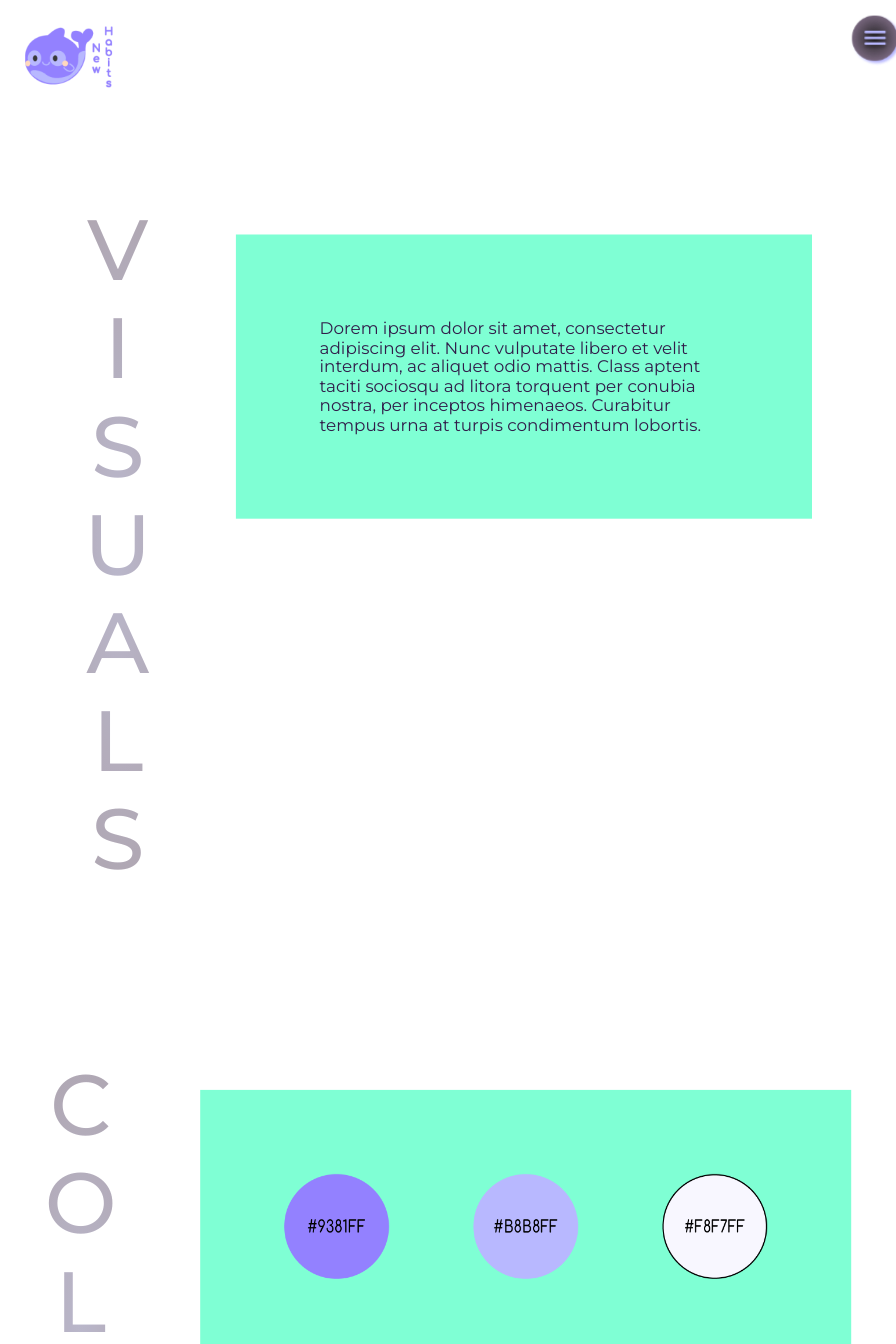
Repository: sierralaurent/Styleguide-Big_Project
Page: visuals.html
The author's editor kept a copy of each file at every save. The page is drawn from the files as they stood at one save, then again after the next save.
The browser window is 1280 px wide. The pictures show the part of the page from y = 0 to 1920 px (the page is 3697 px tall), at 70% of full size.
Some web fonts or font styles are not loaded; a fallback is used.

Above is the page before, as saved 2023-03-11 12:00:23.

### visuals.html
<!DOCTYPE html>
<html lang="en">
  <head>
    <title>New Habits Web-App | Visuals </title>
    <meta property="og:title" content="Welcome to the New Habits Web-App Home Page" />
    <meta name="viewport" content="width=device-width, initial-scale=1.0" />
    <meta charset="utf-8" />
    <link rel="icon" type="image/x-icon" href="/assets/favicon.ico">

    <link
      rel="stylesheet"
      href="https://fonts.googleapis.com/css2?family=Montserrat:ital,wght@0,100;0,200;0,300;0,400;0,500;0,600;0,700;0,800;0,900;1,100;1,200;1,300;1,400;1,500;1,600;1,700;1,800;1,900&amp;display=swap"
      data-tag="font"
    />
    <link rel="stylesheet" href="./style.css" />
    <link href="./visuals.css" rel="stylesheet" />
    <link href="./navstyle.css" rel="stylesheet" />

  </head>
  <header>
    <div class="logo">
      <a href="index.html">
        <img src="assets/logo.png" alt="logo" />
      </a>
    </div>
    <div class="navigation">
      <button class="hamburger" onclick="show()">
        <img src="assets/burger.png" />
      </button>
      <nav>
        <h1 class="menutitle">Menu</h1>
        <ul>
          <li><a href="home.html">Home</a></li>
          <li><a>Logo</a></li>
          <li><a>Colours & Typo</a></li>
          <li><a href="visuals.html">Visuals</a></li>
        </ul>
      </nav>
    </div>
    <script src="nav.js"></script>
  </header>
  <body>
    <div>
      <div class="home-container">
        <div class="home-container3">
          <p class="home-text03 sidetitle">
            <span>V</span>
            <br />
            <span>I</span>
            <br />
            <span>S</span>
            <br />
            <span>U</span>
            <br />
            <span>A</span>
            <br />
            <span>L</span>
            <br />
            <span>S</span>
            <br />
          </p>
          <p class="home-text17 body">
            Dorem ipsum dolor sit amet, consectetur adipiscing elit. Nunc
            vulputate libero et velit interdum, ac aliquet odio mattis. Class
            aptent taciti sociosqu ad litora torquent per conubia nostra, per
            inceptos himenaeos. Curabitur tempus urna at turpis condimentum
            lobortis.
          </p>
          </div>
        <div class="home-container3">
          <p class="home-text03 sidetitle">
            <span>C</span>
            <br />
            <span>O</span>
            <br />
            <span>L</span>
            <br />
            <span>O</span>
            <br />
            <span>U</span>
            <br />
            <span>R</span>
            <br />
          </p>
          <div class="home-text17 body">
            <div>
              <img src="assets/colours/Main Purple.png" alt="mainpurple" width="150px" height="150px">
              <br />
                <br />
                <br />
                <br />
              <img src="assets/colours/Dark Purple.png" alt="darkpurple" width="150px" height="150px">
            </div>
            <div>
              <img src="assets/colours/Light Purple.png" alt="lightpurple" width="150px" height="150px">
              <br />
                <br />
                <br />
                <br />
              <img src="assets/colours/Light Peach.png" alt="lightpeach" width="150px" height="150px">
            </div>
            <div>
              <img src="assets/colours/Creme.png" alt="Creme" width="150px" height="150px">
              <br />
                <br />
                <br />
                <br />
              <img src="assets/colours/Peach.png" alt="peach" width="150px" height="150px">
            </div>
            </div>
          </div>
        </div>
        <div class="home-container3">
            <p class="home-text03 sidetitle">
              <span>I</span>
              <br />
              <span>C</span>
              <br />
              <span>O</span>
              <br />
              <span>N</span>
              <br />
              <span>S</span>
              <br />
            </p>
            <div class="home-text17 body">
              <div>
                <img src="assets/Icons/Happi.png" alt="happiwhale" width="250px" height="200px">
                <br />
                <br />
                <br />
                <br />
                <img src="assets/Icons/Flower.png" alt="flower" width="100px" height="150px">
                <br />
                <br />
                <br />
                <br />
                <img src="assets/Icons/Button.png" alt="button1" width="150px" height="50px">
              </div>
              <div>
                <img src="assets/Icons/sad.png" alt="sadwhale" width="250px" height="200px">
                <br />
                <br />
                <br />
                <br />
                <img src="assets/Icons/purple flower.png" alt="purpleflower" width="100px" height="150px">
                <br />
                <br />
                <br />
                <br />
                <img src="assets/Icons/Button (1).png" alt="button2" width="150px" height="50px">
              </div>
              <div>
                <img src="assets/Icons/Flower whale.png" alt="flowerwhale" width="250px" height="200px">
                <br />
                <br />
                <br />
                <br />
              </div>
            </div>
          </div>
        <footer class="home-footer">
          <p class="home-text24">
            © 2023 New Habits, All Rights Reserved.
          </p>
        </footer>
      </div>
    </div>
  </body>
</html>

### style.css
:root {
  --dl-black: #212121ff;
  --dl-creme: #f9f9ffff;
  --dl-white: #f8f9f9ff;
  --dark-purple: #311D4A;

}

.body {
  font-size: 24px;
  font-family: Montserrat;
  font-weight: 400;
  line-height: 1.15;
  text-transform: none;
  text-decoration: none;
}
.sidetitle {
  font-size: 122px;
  font-family: Montserrat;
  font-weight: 500;
  line-height: 1.15;
  text-transform: none;
  text-decoration: none;
}
.Title {
  font-size: 96px;
  font-family: Montserrat;
  font-weight: 500;
  line-height: 1.15;
  text-transform: none;
  text-decoration: none;
}

html {
  line-height: 1.15;
}
body {
  margin: 0;
}
* {
  box-sizing: border-box;
  border-width: 0;
  border-style: solid;
}
p,
li,
ul,
pre,
div,
h1,
h2,
figure,
blockquote,
figcaption {
  margin: 0;
  padding: 0;
}

a {
  color: inherit;
  text-decoration: inherit;
}
input {
  padding: 2px 4px;
}
img {
  display: block;
}
html {
  scroll-behavior: smooth;
}

### visuals.css
/* Define the scrollbar style */
::-webkit-scrollbar {
    width: 10px;
  }

  ::-webkit-scrollbar-thumb {
    background-image: linear-gradient(180deg, var(--light-purple) 0%, var(--main-purple) 99%);
    box-shadow: inset 2px 2px 5px 0 var(--creme);
    border-radius: 100px;
  }

  html {
    font-family: Montserrat;
    font-size: 24px;
    scroll-behavior: smooth;
  }

  body {
    font-weight: 400;
    font-style: normal;
    text-decoration: none;
    text-transform: none;
    letter-spacing: normal;
    line-height: 1.15;
    color: var(--black);
    background-color: var(--creme);
  }

  .home-container {
    width: 100%;
    display: flex;
    overflow: auto;
    min-height: 100vh;
    align-items: center;
    flex-direction: column;
  }
  .home-container1 {
    flex: 0 0 auto;
    width: auto;
    height: auto;
    display: flex;
    align-items: flex-start;
    justify-content: center;
  }
  .home-container2 {
    flex: 0 0 auto;
    width: auto;
    display: flex;
    align-self: center;
    margin-top: 5rem;
    align-items: center;
    margin-bottom: 15rem;
    flex-direction: column;
    justify-content: center;
  }
  .home-text {
    font-size: 36px;
    text-align: center;
    font-family: Montserrat;
    background: linear-gradient(0deg, rgba(0, 0, 0, 0.2), rgba(0, 0, 0, 0.2)),
      radial-gradient(
        50% 50% at 50% 50%,
        rgba(147, 129, 255, 0.2) 0%,
        rgba(79, 26, 98, 0.2) 94.12%
      );
    -webkit-background-clip: text;
    -webkit-text-fill-color: transparent;
    background-clip: text;
    text-fill-color: transparent;
  }
  .home-text01 {
    margin-top: 1rem;
    text-align: center;
    margin-bottom: 1rem;
    background: linear-gradient(0deg, rgba(0, 0, 0, 0.2), rgba(0, 0, 0, 0.2)),
      radial-gradient(
        50% 50% at 50% 50%,
        rgba(147, 129, 255, 0.2) 0%,
        rgba(79, 26, 98, 0.2) 94.12%
      );
    -webkit-background-clip: text;
    -webkit-text-fill-color: transparent;
    background-clip: text;
    text-fill-color: transparent;
  }
  .home-text02 {
    width: 31rem;
    text-align: center;
    color: var(--dark-purple);
  }
  .home-container3 {
    flex: 0 0 auto;
    width: 100%;
    height: auto;
    display: flex;
    align-items: flex-start;
    justify-content: center;
  }
  .home-text03 {
    width: 25rem;
    text-align: center;
    background: linear-gradient(0deg, rgba(0, 0, 0, 0.2), rgba(0, 0, 0, 0.2)),
      radial-gradient(
        50% 50% at 50% 50%,
        rgba(147, 129, 255, 0.2) 0%,
        rgba(79, 26, 98, 0.2) 94.12%
      );
    -webkit-background-clip: text;
    -webkit-text-fill-color: transparent;
    background-clip: text;
    text-fill-color: transparent;
  }
  .home-text17 {
    width: auto;
    margin-top: 5rem;
    text-align: left;
    padding: 5rem;
    display: flex;
    justify-content: center;
    flex-direction: row;
    gap: 5rem;
    row-gap: 5rem;
    color: var(--dark-purple);
    background-color: aquamarine;
  }
  .home-container4 {
    flex: 0 0 auto;
    width: auto;
    height: auto;
    display: flex;
    align-items: flex-start;
    justify-content: center;
  }

  .home-container5 {
    flex: 0 0 auto;
    display: flex;
    align-items: flex-start;
    flex-direction: column;
  }
  .home-text18 {
    width: auto;
    margin-top: 15rem;
    text-align: center;
    margin-bottom: 5rem;
    background: linear-gradient(0deg, rgba(0, 0, 0, 0.2), rgba(0, 0, 0, 0.2)),
      radial-gradient(
        50% 50% at 50% 50%,
        rgba(147, 129, 255, 0.2) 0%,
        rgba(79, 26, 98, 0.2) 94.12%
      );
    -webkit-background-clip: text;
    -webkit-text-fill-color: transparent;
    background-clip: text;
    text-fill-color: transparent;
  }
  .home-container6 {
    flex: 0 0 auto;
    width: auto;
    height: auto;
    display: flex;
    align-items: flex-start;
    margin-bottom: 15rem;
    justify-content: center;
  }
  .home-text19 {
    width: 15rem;
    align-self: center;
    text-align: center;
    color: var(--dark-purple);
  }
  .home-text20 {
    width: 15rem;
    align-self: center;
    text-align: center;
    color: var(--dark-purple);
  }
  .home-text21 {
    width: 15rem;
    align-self: center;
    text-align: center;
    color: var(--dark-purple);
  }
  .home-text23 {
    width: 15rem;
    align-self: center;
    text-align: center;
  }
  .home-footer {
    width: 100%;
    height: 197px;
    display: flex;
    max-width: auto;
    align-self: center;
    align-items: center;
    padding-top: 32px;
    padding-left: 48px;
    padding-right: 48px;
    padding-bottom: 32px;
    justify-content: center;
  }
  .home-text24 {
    text-align: center;
    color: var(--dark-purple);

  }
  @media (max-width: 1900px) {
    .home-container1 {
      width: 100%;
    }
    .home-container2 {
      align-items: center;
      justify-content: center;
    }
    .home-text01 {
      margin-top: 1rem;
      margin-bottom: 1rem;
    }
    .home-container3 {
      width: 100%;
    }
    .home-text03 {
      width: auto;
      margin: 3rem;
      padding: 2rem;
    }
    .home-text17 {
      width: 40rem;
      margin-top: 7rem;
      text-align: left;
      margin-right: 5rem;
    }
    .home-container4 {
      width: auto;
      justify-content: center;
    }
    .home-container5 {
      width: auto;
      height: auto;
      align-items: center;
      justify-content: center;
    }
    .home-text18 {
      width: auto;
      height: auto;
      margin-top: 5rem;
      text-align: center;
      margin-bottom: 5rem;
    }
    .home-container6 {
      width: 100%;
      margin-bottom: 15rem;
    }
    .home-text19 {
      width: 15rem;
      text-transform: none;
    }
    .home-text20 {
      width: 15rem;
      text-transform: none;
    }
    .home-text21 {
      margin-bottom: 2rem;
    }
    .home-text23 {
      width: 15rem;
      text-transform: none;
      color: var(--dark-purple);
    }
  }
  @media (max-width: 1200px) {
    .home-text01 {
      margin-top: 1rem;
      margin-bottom: 1rem;
    }
    .home-container6 {
      align-items: center;
    }
    .home-text19 {
      width: 12rem;
    }
    .home-text20 {
      width: 12rem;
    }
    .home-text23 {
      width: 12rem;
    }
  }
  @media (max-width: 991px) {
    .home-container2 {
      width: 100%;
      height: 307px;
    }
    .home-text01 {
      margin-top: 1rem;
      margin-bottom: 1rem;
    }
    .home-container6 {
      align-items: center;
      flex-direction: column;
    }
    .home-text19 {
      width: auto;
    }
    .home-text20 {
      width: auto;
    }
    .home-text23 {
      width: 100%;
    }
  }
  @media (max-width: 767px) {
    .home-text01 {
      margin-top: 1rem;
      margin-bottom: 1rem;
    }
    .home-footer {
      padding-left: 32px;
      padding-right: 32px;
    }
    .home-text24 {
      text-align: center;
      margin-left: 16px;
      margin-right: 16px;
    }
    .home-text03 {
      margin-top: 0rem;
      margin-left: 3rem;
      margin-right: 0rem;
      margin-bottom: 0rem;
    }
  }
  @media (max-width: 479px) {
    .home-text01 {
      margin-top: 1rem;
      margin-bottom: 1rem;
    }
    .home-text02 {
      width: 479px;
    }
    .home-text03 {
      margin-top: 0rem;
      margin-left: 3rem;
      margin-right: 0rem;
      margin-bottom: 0rem;
    }
    .home-footer {
      padding: 16px;
      flex-direction: column;
    }
    .home-text24 {
      margin-left: 0px;
      margin-right: 0px;
      margin-bottom: 16px;
    }
  }

### navstyle.css
@import url("https://fonts.cdnfonts.com/css/montserrat");

* {
  margin: 0;
  padding: 0;
  font-family: "Montserrat", sans-serif;
}

a,
button {
  cursor: pointer;
}

nav {
  position: absolute;
  top: 30px;
  right: 30px;
  width: 250px;
}

.navigation {
  position: fixed;
  top: 0;
  right: -500px;
  width: 312px;
  height: 100%;
  background-image: url("assets/background.png");
  background-size: cover;
  transition: 0.5s;
  border-radius: 27px 0 0 27px;
}

.logo {
    margin: 1.5rem;
}

.menutitle {
  font-family: "Montserrat", sans-serif;
  font-style: normal;
  font-weight: 400;
  font-size: 24px;
  display: flex;
  align-items: left;
  color: rgba(255, 255, 255, 0.32);
  margin: 1rem;
}

.navigation ul li {
  display: flex;
  color: rgba(255, 255, 255, 0.5);
  line-height: 20px;
  text-align: left;
  font-weight: 500;
  list-style-type: none;
  font-size: 14px;
  padding: 20px 30px;
  border-bottom: 0px 64px 64px -32px rgba(41, 15, 0, 0.56);
  transition: all 0.3s ease;
}

.navigation ul li:hover {
  padding: 16px 20px;
  background-image: url("assets/hover.png");
  background-size: cover;
  border-radius: 12px;
}

.hamburger,
.bar {
  position: fixed;
}

.hamburger {
  display: block;
  top: 5%;
  left: 95%;
  width: 30px;
  height: 30px;
  transform: translateY(-50%);
  border: 0;
  background: 0 0;
}

.hamburger.hidden {
  display: none; /* Hide the menu button */
}

.navigation.active {
  right: 0;
  z-index: 1;
}

### nav.js
const hamburger = document.querySelector('.hamburger');
const navigation = document.querySelector('.navigation');

document.addEventListener('click', function(event) {
  const isClickInside = navigation.contains(event.target) || hamburger.contains(event.target);
  if (!isClickInside) {
    navigation.classList.remove('active');
    hamburger.classList.remove('hidden');
  }
});

hamburger.addEventListener('click', function() {
  navigation.classList.add('active');
  hamburger.classList.add('hidden');
});

After the next save:
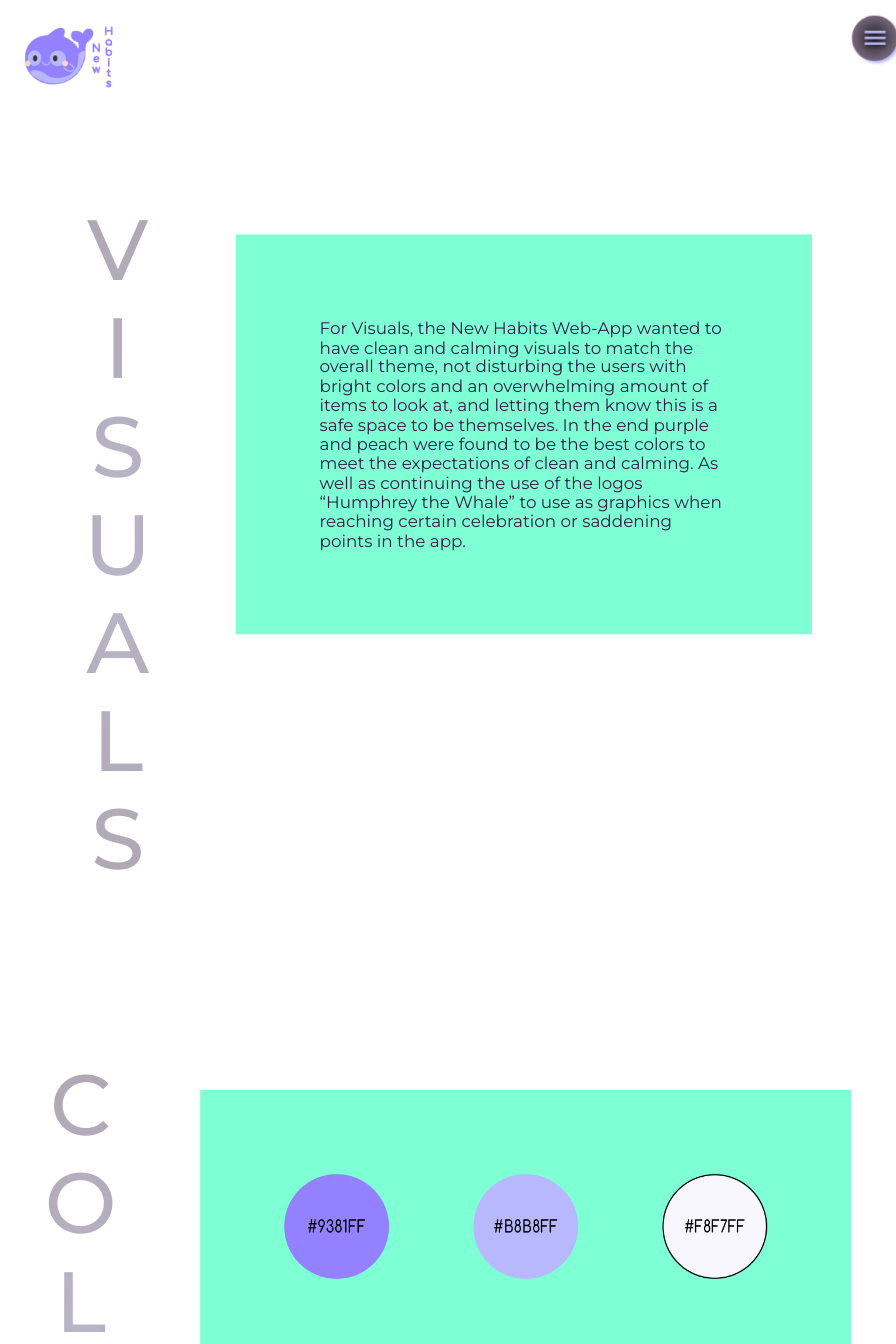
Saved 8 min 6 s later.
--- a/visuals.html
+++ b/visuals.html
@@ -60,11 +60,11 @@
             <br />
           </p>
           <p class="home-text17 body">
-            Dorem ipsum dolor sit amet, consectetur adipiscing elit. Nunc
-            vulputate libero et velit interdum, ac aliquet odio mattis. Class
-            aptent taciti sociosqu ad litora torquent per conubia nostra, per
-            inceptos himenaeos. Curabitur tempus urna at turpis condimentum
-            lobortis.
+            For Visuals, the New Habits Web-App wanted to have clean and calming visuals to match the overall theme,
+            not disturbing the users with bright colors and an overwhelming amount of items to look at, and letting
+            them know this is a safe space to be themselves. In the end purple and peach were found to be the best
+            colors to meet the expectations of clean and calming. As well as continuing the use of the logos
+            “Humphrey the Whale” to use as graphics when reaching certain celebration or saddening points in the app.
           </p>
           </div>
         <div class="home-container3">
